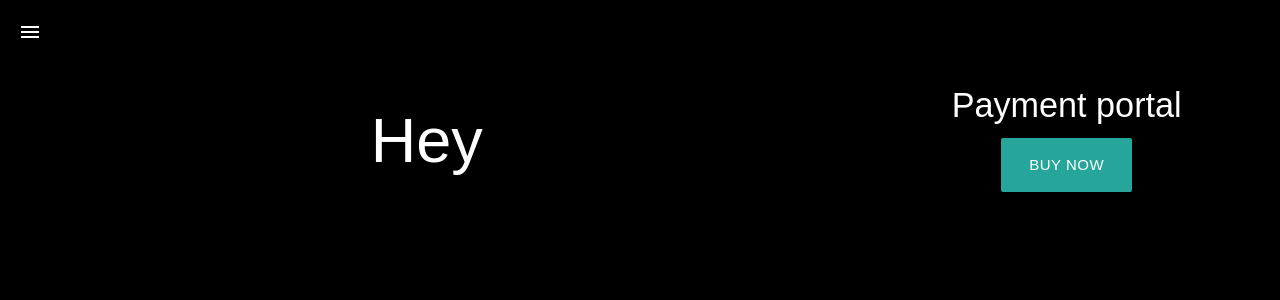
Repository: Ajtheult/final-project
Page: /cart
These files come from the project's save history. The page is drawn as it stood at one moment and after the next save; the edit follows.
The browser window is 1280 px wide. The pictures show the whole page.
Some web fonts or font styles are not loaded; a fallback is used. Some web libraries are served in a nearby version. The project was rebuilt for these pictures with package versions that can differ from the ones it lists, and the page was loaded fresh each time. Also part of the build but not shown: src/layout/pages/LandingPage.js, src/layout/pages/About.js, src/layout/pages/catalogue/Keys.js, src/layout/pages/catalogue/String.js, src/layout/pages/catalogue/Woodwind.js, src/layout/pages/catalogue/Percussion.js, src/layout/pages/login/Login.js, src/layout/pages/login/NewSignUp.js.

Above is the page before, as saved 2020-07-23 10:32:37.

### public/index.html
<!DOCTYPE html>
<html lang="en">
  <head>
    <meta charset="utf-8" />
    <link rel="icon" type="image/png" href="favicon.png" />
    <meta name="viewport" content="width=device-width, initial-scale=1" />
    <meta name="theme-color" content="#000000" />
    <meta
      name="description"
      content="Web site created using create-react-app"
    />

    <link rel="manifest" href="%PUBLIC_URL%/manifest.json" />

    <link
      rel="stylesheet"
      href="https://fonts.googleapis.com/icon?family=Material+Icons"
    />
    <link
      rel="stylesheet"
      href="https://cdnjs.cloudflare.com/ajax/libs/animate.css/4.0.0/animate.min.css"
    />
    <link
      href="https://fonts.googleapis.com/css2?family=Gruppo&family=Qwigley&display=swap"
      rel="stylesheet"
    />

    <title>Ling Ling 40 Hours</title>
  </head>
  <body>
    <noscript>You need to enable JavaScript to run this app.</noscript>
    <div id="root"></div>
  </body>
</html>

### src/index.js
import React from "react";
import ReactDOM from "react-dom";

import "materialize-css/dist/css/materialize.min.css";

import App from "./App";

ReactDOM.render(
  <React.StrictMode>
    <App />
  </React.StrictMode>,
  document.getElementById("root")
);

### src/App.js
import React from "react";
import "./App.css";
import Navbar from "./layout/nav/Navbar";
import LandingPage from "./layout/pages/LandingPage";
import About from "./layout/pages/About";
import Keys from "./layout/pages/catalogue/Keys";
import String from "./layout/pages/catalogue/String";
import Woodwind from "./layout/pages/catalogue/Woodwind";
import Percussion from "./layout/pages/catalogue/Percussion";
import Login from "./layout/pages/login/Login";
import Cart from "./layout/pages/Cart";
import NewSignUp from "./layout/pages/login/NewSignUp";

import { BrowserRouter as Router, Switch, Route } from "react-router-dom";

function App() {
  return (
    <Router>
      <div className="App">
        <Navbar />
        <Switch>
          <Route path="/" exact component={LandingPage} />
          <Route path="/about" component={About} />
          <Route path="/login" component={Login} />
          <Route path="/cart" component={Cart} />
          <Route path="/keys" component={Keys} />
          <Route path="/string" component={String} />
          <Route path="/woodwind" component={Woodwind} />
          <Route path="/percussion" component={Percussion} />
          <Route path="/new-sign-up" component={NewSignUp} />
        </Switch>
      </div>
    </Router>
  );
}

export default App;

### src/App.css
.App {
  text-align: center;
}

/* The text colour is white thats why its not showing */

.text-nav {
  margin-left: 55%;
  font-size: 25px;
}

.a-text-nav {
  font-size: 25px;
}

.size {
  font-size: 30px;
}

img.bg {
  /* Set rules to fill background */
  min-height: 100%;
  min-width: 1024px;

  /* Set up proportionate scaling */
  width: 100%;
  height: auto;

  /* Set up positioning */
  position: fixed;
  top: 0;
  left: 0;
  z-index: -1;
}

div.admin-bg {
  /* Set rules to fill background */
  min-height: 100%;
  min-width: 1024px;

  /* Set up proportionate scaling */
  width: 100%;
  height: auto;

  /* Set up positioning */
  position: fixed;
  top: 0;
  left: 0;
  z-index: -1;
  background-color: black;
}

@media screen and (max-width: 1024px) {
  /* Specific to this particular image */
  img.bg {
    left: 50%;
    margin-left: -512px; /* 50% */
  }

  div.admin-bg {
    left: 50%;
    margin-left: -512px; /* 50% */
  }
}

h1,
h2,
h3,
h4,
h5,
h6,
p {
  color: white;
}

.myback {
  height: 220px;
  width: 300px;
}

.centered {
  position: absolute;
  top: 40%;
  left: 50%;
  transform: translate(-50%, -50%);
  font-size: 140px;
  font-family: "Qwigley", cursive;
  color: rgb(255, 255, 255);
}
/* Login-Start */
body {
  font-family: sans-serif;
  background-color: black;
  background-size: cover;
}

.sign {
  text-align: left;
  margin-left: 20px;
  font-size: 22px;
  font-family: serif;
  color: black;
}
.my_login-box {
  width: 300px;
  position: absolute;
  top: 50%;
  left: 50%;
  transform: translate(-50%, -50%);
}

.my_login-box h1 {
  font-size: 30px;
  margin-bottom: 30px;
  padding: 5px;
  font-family: Times, serif;
  color: black;
}

.my_textbox {
  width: 100%;
  overflow: hidden;
  font-size: 20px;
  padding: 8px;
  margin: 8px;
}

.my_textbox input {
  border: none;
  outline: none;
  background: none;
  color: white;
  font-size: 18px;
  width: 80%;
  float: left;
  margin: 0 10px;
}

.my_btn {
  width: 100%;
  background-color: black;
  border: 10px solid black;
  color: rgb(255, 255, 255);
  padding: 5px;
  font-size: 18px;
  cursor: pointer;
  margin: 12px;
}
/* Login-End */

.colour_of_about_text {
  color: white;
  font-size: 30px;
}

.text-colour {
  color: black;
}

.move_down {
  margin-top: 50%;
}

.card_text_colour {
  color: black;
  font-size: 18px;
  text-align: left;
}

.price {
  margin-top: -10px;
  text-align: left;
}

.cart-btn {
  margin-top: 10px;
}

.headings_popup {
  text-align: left;
}

.instrument_sections {
  color: black;
  font-family: "Qwigley", cursive;
  font-size: 80px;
  margin-top: -5px;
  text-shadow: 2px 0 0 #fff, -2px 0 0 #fff, 0 2px 0 #fff, 0 -2px 0 #fff,
    1px 1px #fff, -1px -1px 0 #fff, 1px -1px 0 #fff, -1px 1px 0 #fff;
}

.about {
  font-family: "Qwigley", cursive;
  font-size: 180px;
  color: black;
  text-shadow: 2px 0 0 #fff, -2px 0 0 #fff, 0 2px 0 #fff, 0 -2px 0 #fff,
    1px 1px #fff, -1px -1px 0 #fff, 1px -1px 0 #fff, -1px 1px 0 #fff;
}

.questions {
  font-family: "Gruppo", cursive;
}

.move_this_up {
  margin-top: -10px;
}

.move_my_products {
  margin-top: -70px;
}

.about_us_move {
  margin-left: 50%;
  margin-top: 19%;
  position: absolute;
  padding: 20px;
  transform: translate(-50%, -50%);
}

.gender_colour {
  color: black;
}

.the_container {
  width: 50%;
}

.move_this_row {
  margin-top: -80px;
}

.sign_up_head {
  font-family: "Qwigley", cursive;
  font-size: 100px;
  color: black;
  text-shadow: 2px 0 0 #fff, -2px 0 0 #fff, 0 2px 0 #fff, 0 -2px 0 #fff,
    1px 1px #fff, -1px -1px 0 #fff, 1px -1px 0 #fff, -1px 1px 0 #fff;
}

### src/layout/nav/Navbar.js
/* eslint-disable jsx-a11y/anchor-is-valid */
import React, { Component } from "react";
import M from "materialize-css/dist/js/materialize.min.js";
import "../../App.css";
import logo from "./logo.jpg";
import mybackground from "./mybackground.jpg";
import { Link } from "react-router-dom";

export class Navbar extends Component {
  componentDidMount() {
    document.addEventListener("DOMContentLoaded", function () {
      var elems = document.querySelectorAll(".sidenav");
      // eslint-disable-next-line
      var instances = M.Sidenav.init(elems, {});
    });
  }

  render() {
    return (
      <div>
        <nav>
          <div className="nav-wrapper black">
            <a
              data-target="slide-out"
              className="sidenav-trigger show-on-large"
            >
              <i className="material-icons">menu</i>
            </a>
          </div>
        </nav>
        <ul id="slide-out" className="sidenav">
          <li>
            <div className="user-view">
              <div className="background">
                <img src={mybackground} className="myback" alt="background" />
              </div>
              <a href="/">
                <img className="circle" src={logo} alt="logo" />
              </a>

              <span className="white-text name size">40 hours</span>
              <br />
            </div>
          </li>
          <Link to="/">
            <li>Home</li>
          </Link>
          <Link to="/about">
            <li>About Us</li>
          </Link>
          <li>
            <div className="divider"></div>
          </li>

          <li>
            <div className="subheader">User</div>
          </li>

          <Link to="/login">
            <li>Login</li>
          </Link>
          <Link to="/new-sign-up">
            <li>Sign up</li>
          </Link>

          <Link to="/cart">
            <li>Cart</li>
          </Link>
          <li>
            <div className="divider"></div>
          </li>

          <li>
            <div className="subheader">Catalogue</div>
          </li>

          <Link to="/keys">
            <li>Keys</li>
          </Link>
          <Link to="/string">
            <li>String</li>
          </Link>
          <Link to="/woodwind">
            <li>Woodwind</li>
          </Link>
          <Link to="/percussion">
            <li>Percussion</li>
          </Link>
          <li>
            <div className="divider"></div>
          </li>
          <li>
            <div className="subheader">My Portfolio</div>
          </li>
          <li>
            <a
              className="waves-effect"
              href="https://ajtheult.github.io/portfolio-v3/"
            >
              Asaph Franks
            </a>
          </li>
        </ul>
      </div>
    );
  }
}

export default Navbar;

### src/layout/pages/Cart.js
import React from "react";
import "../../App.css";

const Cart = () => {
  return (
    <div>
      <div class="row">
        <div class="col s8">
          <h1>Hey</h1>
        </div>

        <div class="col s4">
          <h4>Payment portal</h4>
          <a class="waves-effect waves-light btn-large" href="#h">
            Buy now
          </a>
        </div>
      </div>
    </div>
  );
};

export default Cart;

After the next save:
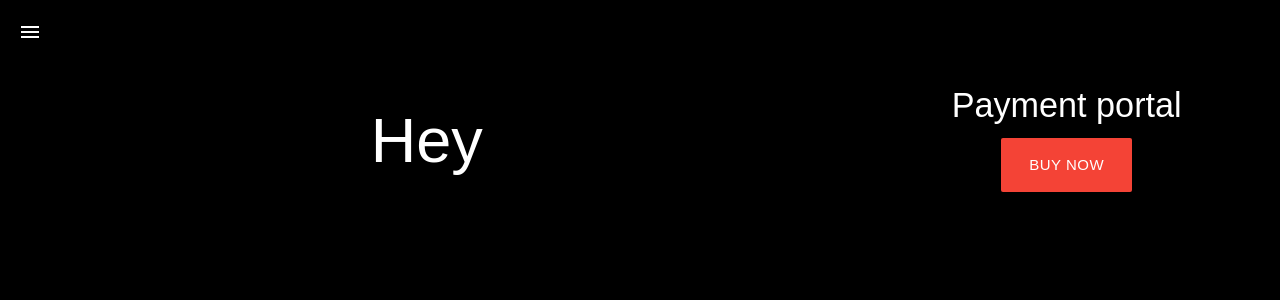
Saved 34 s later.
--- a/src/layout/pages/Cart.js
+++ b/src/layout/pages/Cart.js
@@ -11,7 +11,7 @@ const Cart = () => {
 
         <div class="col s4">
           <h4>Payment portal</h4>
-          <a class="waves-effect waves-light btn-large" href="#h">
+          <a class="waves-effect waves-light btn-large red" href="#h">
             Buy now
           </a>
         </div>
